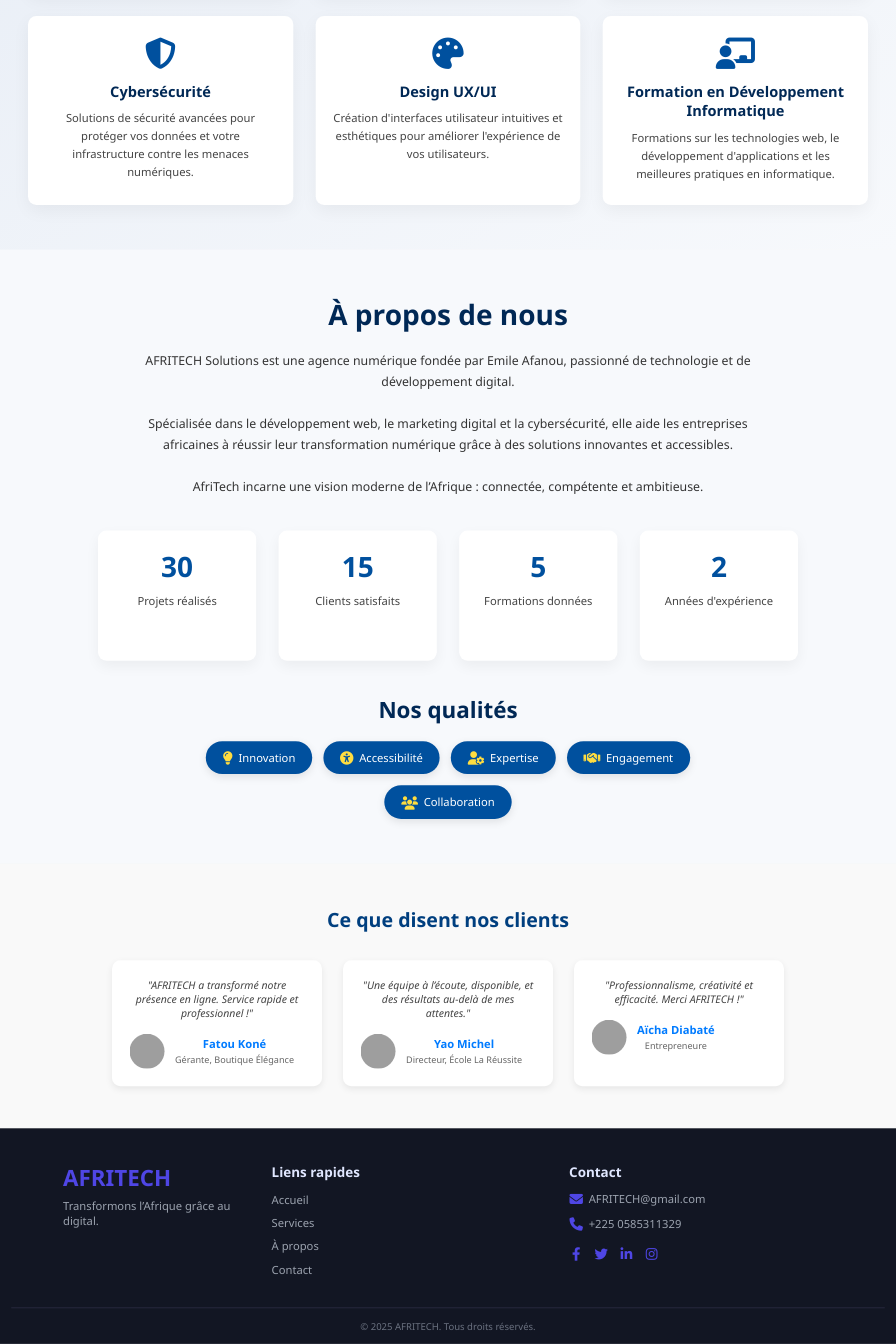
Repository: prestige225/AFRITECH
Page: index.html
These files come from the project's save history. The page is drawn as it stood at one moment and after the next save; the edit follows.
The browser window is 1280 px wide. The pictures show the part of the page from y = 917 to 2837 px (the page is 2837 px tall), at 70% of full size.
Pictures or frames that could not be fetched are drawn as grey boxes.

Above is the page before, as saved 2025-07-25 23:39:44.
Console error: TypeError: Cannot read properties of null (reading 'addEventListener')

### index.html

<!DOCTYPE html>
<html lang="en">
<head>
    <meta charset="UTF-8">
    <meta name="viewport" content="width=device-width, initial-scale=1.0">
    <!-- Font Awesome CDN -->
<link rel="stylesheet" href="https://cdnjs.cloudflare.com/ajax/libs/font-awesome/6.4.0/css/all.min.css">
    <link rel="stylesheet" href="style.css">

    <title>AFRITECH</title>
</head>
<body>
    <header>
        <div class="logo">
            <img src="image/logo.jpg" alt="AfanouTech Logo">
            <h1><span>AFRI</span>TECH</h1>
        </div>

         <!-- Bouton hamburger visible sur mobile -->
  <div class="menu-toggle" id="menu-toggle">
    <i class="fas fa-bars"></i>
  </div>


       <nav>
  <ul>
    <li><a href="index.html"><i class="fas fa-home"></i> Accueil</a></li>
    <li><a href="#services"><i class="fas fa-tools"></i> Services</a></li>
    <li><a href="#about"><i class="fas fa-info-circle"></i> À Propos</a></li>
    <li><a href="#contacts" id="openModalLink"><i class="fas fa-envelope"></i> Contact</a></li>

    <li><a href="#qualité"><i class="fas fa-project-diagram"></i> Nos Qualités</a></li>
  </ul>
</nav>

    </header>

<!-- hero -->
 <section class="hero">
    <div class="hero-content">
        <h1>Solutions numériques innovantes pour l'Afrique</h1>

        <p>Nous créons des expériences web exceptionnelles et des stratégies marketing digitales qui propulsent votre entreprise vers le succès.</p>
        <a href="contact.html" class="btn">Contactez-nous</a>
        <a href="#" class="btn">Nos Services</a>

    </div>
    <div class="hero-image">
        <img src="image/emile.jpg" alt="Image d'accueil">
    </div>

    <div class="couleurpassante en design">

    </div>

 </section>


 <!-- SECTION SERVICES -->
  <section id="services" class="services-section">
            <h2>Nos Services</h2>
    <div class="services">

        <div class="service-item">
            <i class="fas fa-laptop-code"></i>
            <h3>Développement Web</h3>
            <p>Sites vitrines, e-commerce, applications web sur mesure adaptés à vos besoins spécifiques et optimisés pour tous les appareils.</p>
        </div>
        <div class="service-item">
            <i class="fas fa-mobile-alt"></i>
            <h3>Applications Mobiles</h3>
            <p>Développement d'applications mobiles natives et hybrides pour iOS et Android, offrant une expérience utilisateur exceptionnelle.</p>
        </div>
        <div class="service-item">
            <i class="fas fa-chart-line"></i>
            <h3>Marketing Digital</h3>
            <p>Stratégies de marketing digital personnalisées, SEO, publicité en ligne et gestion des réseaux sociaux pour augmenter votre visibilité.</p>
        </div>
        <div class="service-item">
            <i class="fas fa-shield-alt"></i>
            <h3>Cybersécurité</h3>
            <p>Solutions de sécurité avancées pour protéger vos données et votre infrastructure contre les menaces numériques.</p>
        </div>
        <div class="service-item">
            <i class="fas fa-palette"></i>
            <h3>Design UX/UI</h3>
            <p>Création d'interfaces utilisateur intuitives et esthétiques pour améliorer l'expérience de vos utilisateurs.</p>
        </div>

        <div class="service-item">
            <i class="fas fa-chalkboard-teacher"></i>
            <h3>Formation en Développement Informatique</h3>
            <p>Formations sur les technologies web, le développement d'applications et les meilleures pratiques en informatique.</p>
            </div>
    </div>
  </section>
<!-- SECTION apropos -->
<section id="about" class="about-section">
  <h2>À propos de nous</h2>
  <p>
    AFRITECH Solutions est une agence numérique fondée par Emile Afanou, passionné de technologie et de développement digital.<br><br>
    Spécialisée dans le développement web, le marketing digital et la cybersécurité, elle aide les entreprises africaines à réussir leur transformation numérique grâce à des solutions innovantes et accessibles.<br><br>
    AfriTech incarne une vision moderne de l’Afrique : connectée, compétente et ambitieuse.
  </p>

  <!-- COMPTEURS -->
  <div class="counters" id="qualité">
    <div class="counter-box">
      <span class="counter" data-target="30">0</span>
      <p>Projets réalisés</p>
    </div>
    <div class="counter-box">
      <span class="counter" data-target="15">0</span>
      <p>Clients satisfaits</p>
    </div>
    <div class="counter-box">
      <span class="counter" data-target="5">0</span>
      <p>Formations données</p>
    </div>
    <div class="counter-box">
      <span class="counter" data-target="2">0</span>
      <p>Années d'expérience</p>
    </div>
  </div>

  <!-- NOS QUALITÉS -->
  <div class="nos-qualites">
    <h3>Nos qualités</h3>
    <ul>
      <li><i class="fas fa-lightbulb"></i> Innovation</li>
      <li><i class="fas fa-universal-access"></i> Accessibilité</li>
      <li><i class="fas fa-user-cog"></i> Expertise</li>
      <li><i class="fas fa-handshake"></i> Engagement</li>
      <li><i class="fas fa-users"></i> Collaboration</li>
    </ul>
  </div>


  <!-- Bouton pour ouvrir la modale -->
<!-- <button id="openModalBtn" class="open-modal-btn">Contactez-nous</button> -->

<!-- Modale -->
<div id="contactModal" class="modal">
  <div class="modal-content">
    <span id="closeModalBtn" class="close-btn">&times;</span>
    <h2>Contactez-nous</h2>
    <form action="https://formspree.io/f/mabcxyz" method="POST">
      <input type="text" name="name" placeholder="Votre nom" required autocomplete="off" />
      <input type="email" name="email" placeholder="Votre email" required autocomplete="off" />
      <textarea name="message" rows="5" placeholder="Votre message" required></textarea>
      <button type="submit" class="btn">Envoyer</button>
    </form>
  </div>
</div>
</section>


<section id="temoignages" class="temoignages-section">
  <h2>Ce que disent nos clients</h2>
  <div class="temoignages-container">

    <div class="temoignage">
      <p class="message">"AFRITECH a transformé notre présence en ligne. Service rapide et professionnel !"</p>
      <div class="auteur">
        <img src="https://cdn-icons-png.flaticon.com/512/147/147144.png" alt="Avatar femme">
        <div>
          <h4>Fatou Koné</h4>
          <span>Gérante, Boutique Élégance</span>
        </div>
      </div>
    </div>

    <div class="temoignage">
      <p class="message">"Une équipe à l’écoute, disponible, et des résultats au-delà de mes attentes."</p>
      <div class="auteur">
        <img src="https://cdn-icons-png.flaticon.com/512/147/147142.png" alt="Avatar homme">
        <div>
          <h4>Yao Michel</h4>
          <span>Directeur, École La Réussite</span>
        </div>
      </div>
    </div>

    <div class="temoignage">
      <p class="message">"Professionnalisme, créativité et efficacité. Merci AFRITECH !"</p>
      <div class="auteur">
        <img src="https://cdn-icons-png.flaticon.com/512/147/147140.png" alt="Avatar femme">
        <div>
          <h4>Aïcha Diabaté</h4>
          <span>Entrepreneure</span>
        </div>
      </div>
    </div>

  </div>
</section>




<footer class="footer">
  <div class="footer-container">
    <div class="footer-brand">
      <h2>AFRITECH</h2>
      <p>Transformons l’Afrique grâce au digital.</p>
    </div>
    <div class="footer-links">
      <h4>Liens rapides</h4>
      <ul>
        <li><a href="#">Accueil</a></li>
        <li><a href="#services">Services</a></li>
        <li><a href="#about">À propos</a></li>
        <li><a href="#contacts" id="contacts">Contact</a></li>
      </ul>
    </div>
    <div class="footer-contact">
      <h4>Contact</h4>
      <p><i class="fas fa-envelope"></i>AFRITECH@gmail.com</p>
      <p><i class="fas fa-phone"></i> +225 0585311329</p>
      <div class="social-icons">
        <a href="#" aria-label="Facebook"><i class="fab fa-facebook-f"></i></a>
        <a href="#" aria-label="Twitter"><i class="fab fa-twitter"></i></a>
        <a href="#" aria-label="LinkedIn"><i class="fab fa-linkedin-in"></i></a>
        <a href="#" aria-label="Instagram"><i class="fab fa-instagram"></i></a>
      </div>
    </div>
  </div>
  <div class="footer-bottom">
    <p>© 2025 AFRITECH. Tous droits réservés.</p>
  </div>
</footer>


    <script src="index.js"></script>

    <!--  -->
</body>



</html>

### style.css

/* ========== RESET ========== */
* {
  margin: 0;
  padding: 0;
  box-sizing: border-box;
}

/* ========== GLOBAL ========== */
body {
  font-family: 'Segoe UI', sans-serif;
  background-color: #f4f4f4;
  color: #333;
}

/* ========== HEADER ========== */
header {
  background-color: #002855;
  color: white;
  padding: 1rem 2rem;
  display: flex;
  justify-content: space-between;
  align-items: center;
  flex-wrap: wrap;
  position: relative;
}

/* Logo */
.logo {
  display: flex;
  align-items: center;
  gap: 10px;
}

.logo img {
  width: 40px;
  height: 40px;
}

.logo h1 {
  font-size: 1.5rem;
  font-weight: bold;
}

.logo span {
  color: #ff8000;
}

/* Navigation */
nav ul {
  list-style: none;
  display: flex;
  gap: 1.5rem;
}

nav a {
  color: white;
  text-decoration: none;
  font-weight: 500;
  transition: 0.3s;
}

nav a:hover {
  color: #ff8000;
}

/* Hamburger button */
.menu-toggle {
  display: none;
  font-size: 1.8rem;
  color: white;
  cursor: pointer;
}

/* ========== RESPONSIVE ========== */
@media (max-width: 768px) {
  nav {
    width: 100%;
  }

  nav ul {
    flex-direction: column;
    background-color: #002855;
    position: absolute;
    top: 100%;
    left: 0;
    right: 0;
    display: none;
    padding: 1rem;
    z-index: 10;
  }

  nav ul.active {
    display: flex;
  }

  .menu-toggle {
    display: block;
  }
}
/* 🎯 SECTION HERO MODERNE */
.hero {
  display: flex;
  flex-wrap: wrap;
  align-items: center;
  justify-content: space-between;
  padding: 3rem 2rem;
  background: linear-gradient(to right, #002855, #00509e);
  color: white;
  position: relative;
  overflow: hidden;
}

/* Contenu texte */
.hero-content {
  flex: 1 1 50%;
  max-width: 600px;
  z-index: 1;
}

.hero-content h1 {
  font-size: 2.5rem;
  margin-bottom: 1rem;
}

.hero-content p {
  font-size: 1.1rem;
  margin-bottom: 2rem;
  line-height: 1.6;
}

/* Boutons */
.hero-content .btn {
  display: inline-block;
  background-color: #ff8000;
  color: white;
  padding: 0.8rem 1.5rem;
  margin-right: 1rem;
  border-radius: 5px;
  text-decoration: none;
  font-weight: bold;
  transition: background 0.3s ease;
}

.hero-content .btn:hover {
  background-color: #e67300;
}

/* Image d’accueil */
.hero-image {
  flex: 1 1 40%;
  text-align: center;
  z-index: 1;
}

.hero-image img {
  width: 100%;
  max-width: 400px;
  height: auto;
  border-radius: 15px;
}

/* Effet décoratif de fond (couleurpassante) */
.couleurpassante {
  position: absolute;
  top: -50px;
  right: -50px;
  width: 300px;
  height: 300px;
  background: radial-gradient(circle, #ffffff22, transparent 70%);
  border-radius: 50%;
  animation: flotter 10s infinite alternate;
  z-index: 0;
}

/* Animation douce */
@keyframes flotter {
  0% {
    transform: translateY(0) rotate(0deg);
  }
  100% {
    transform: translateY(20px) rotate(20deg);
  }
}

/* 📱 Responsive */
@media (max-width: 768px) {
  .hero {
    flex-direction: column;
    text-align: center;
  }

  .hero-content, .hero-image {
    flex: 1 1 100%;
    max-width: 100%;
  }

  .hero-content h1 {
    font-size: 2rem;
  }

  .hero-content p {
    font-size: 1rem;
  }

  .hero-content .btn {
    margin-bottom: 1rem;
  }
}


/* ========== SECTION SERVICES ========== */
.services-section {
  padding: 4rem 2rem;
  background: linear-gradient(to bottom right, #e6ecf5, #f7f9fc);
  text-align: center;
}

.services-section h2 {
  font-size: 2.5rem;
  margin-bottom: 3rem;
  color: #002855;
  font-weight: 700;
}

/* Container de toutes les cartes */
.services {
  display: grid;
  grid-template-columns: repeat(auto-fit, minmax(280px, 1fr));
  gap: 2rem;
  max-width: 1200px;
  margin: 0 auto;
}

/* Style individuel des services */
.service-item {
  background-color: #ffffff;
  border-radius: 12px;
  padding: 2rem 1.5rem;
  box-shadow: 0 8px 25px rgba(0, 0, 0, 0.05);
  transition: transform 0.3s ease, box-shadow 0.3s ease;
}

.service-item:hover {
  transform: translateY(-8px);
  box-shadow: 0 12px 30px rgba(0, 0, 0, 0.1);
}

/* Icône */
.service-item i {
  font-size: 2.8rem;
  color: #00509e;
  margin-bottom: 1rem;
}

/* Titre */
.service-item h3 {
  font-size: 1.3rem;
  margin-bottom: 0.8rem;
  color: #002855;
  font-weight: 600;
}

/* Paragraphe */
.service-item p {
  font-size: 1rem;
  line-height: 1.6;
  color: #444;
}


/* ===== SECTION À PROPOS ===== */
.about-section {
  padding: 4rem 2rem;
  text-align: center;
  background: #f7f9fc;
}

.about-section h2 {
  font-size: 2.5rem;
  color: #002855;
  margin-bottom: 1.5rem;
}

.about-section p {
  max-width: 900px;
  margin: 0 auto 3rem;
  font-size: 1.1rem;
  line-height: 1.8;
  color: #333;
}

/* ===== SECTION À PROPOS ===== */
.about-section {
  padding: 4rem 2rem;
  text-align: center;
  background: #f7f9fc;
  font-family: 'Segoe UI', Tahoma, Geneva, Verdana, sans-serif;
}

.about-section h2 {
  font-size: 2.5rem;
  color: #002855;
  margin-bottom: 1.5rem;
  font-weight: 700;
}

.about-section p {
  max-width: 900px;
  margin: 0 auto 3rem;
  font-size: 1.1rem;
  line-height: 1.7;
  color: #333;
}

.about-section {
  padding: 4rem 2rem;
  text-align: center;
  background: #f7f9fc;
  font-family: 'Segoe UI', Tahoma, Geneva, Verdana, sans-serif;
}

.about-section h2 {
  font-size: 2.5rem;
  color: #002855;
  margin-bottom: 1.5rem;
  font-weight: 700;
}

.about-section p {
  max-width: 900px;
  margin: 0 auto 3rem;
  font-size: 1.1rem;
  line-height: 1.7;
  color: #333;
}

/* Compteurs */
.counters {
  display: grid;
  grid-template-columns: repeat(auto-fit, minmax(160px, 1fr));
  gap: 2rem;
  max-width: 1000px;
  margin: 0 auto 3rem;
}

.counter-box {
  background: #fff;
  border-radius: 12px;
  padding: 1.5rem;
  box-shadow: 0 8px 20px rgba(0, 0, 0, 0.05);
  transition: transform 0.3s ease;
}

.counter-box:hover {
  transform: translateY(-5px);
}

.counter {
  font-size: 2.5rem;
  font-weight: 700;
  color: #00509e;
  display: block;
}

.counter-box p {
  margin-top: 0.5rem;
  font-size: 1rem;
  color: #444;
}

/* Nos qualités */
.nos-qualites {
  margin-top: 3rem;
  max-width: 800px;
  margin-left: auto;
  margin-right: auto;
  text-align: center;
}

.nos-qualites h3 {
  font-size: 2rem;
  color: #002855;
  margin-bottom: 1.5rem;
  font-weight: 700;
}

.nos-qualites ul {
  list-style: none;
  padding: 0;
  display: flex;
  flex-wrap: wrap;
  justify-content: center;
  gap: 1rem;
}

.nos-qualites li {
  background-color: #00509e;
  color: #fff;
  padding: 0.8rem 1.5rem;
  border-radius: 25px;
  font-size: 1rem;
  font-weight: 500;
  box-shadow: 0 4px 12px rgba(0, 0, 0, 0.1);
  display: flex;
  align-items: center;
  gap: 0.5rem;
  transition: background 0.3s ease;
}

.nos-qualites li:hover {
  background-color: #003f7f;
}

.nos-qualites li i {
  color: #ffdd40;
  font-size: 1.2rem;
}

/* Responsive */
@media (max-width: 768px) {
  .about-section h2 {
    font-size: 2rem;
  }

  .about-section p {
    font-size: 1rem;
    padding: 0 1rem;
  }

  .counter {
    font-size: 2rem;
  }

  .counter-box p {
    font-size: 0.95rem;
  }

  .nos-qualites li {
    font-size: 0.95rem;
    padding: 0.7rem 1.2rem;
  }
}

@media (max-width: 480px) {
  .counters {
    grid-template-columns: 1fr;
  }

  .nos-qualites ul {
    flex-direction: column;
    gap: 1rem;
  }

  .nos-qualites li {
    justify-content: center;
  }
}


/* Bouton pour ouvrir la modale */
.open-modal-btn {
  padding: 10px 20px;
  background-color: #00509e;
  color: white;
  border: none;
  border-radius: 25px;
  cursor: pointer;
  font-size: 1rem;
  margin: 2rem auto;
  display: block;
}

.open-modal-btn:hover {
  background-color: #003f7f;
}

/* Bouton ouvrir modale */
.open-modal-btn {
  padding: 10px 20px;
  background-color: #00509e;
  color: white;
  border: none;
  border-radius: 25px;
  cursor: pointer;
  font-size: 1rem;
  display: inline-block;
  margin: 1rem auto;
}

.open-modal-btn:hover {
  background-color: #003f7f;
}

/* Modale masquée par défaut */
.modal {
  display: none;
  position: fixed;
  z-index: 10000;
  top: 0; left: 0;
  width: 100vw;
  height: 100vh;
  background-color: rgba(0,0,0,0.7);
  justify-content: center;
  align-items: center;
  padding: 1rem;
}

/* Afficher modale */
.modal.show {
  display: flex;
}

/* Contenu modale */
.modal-content {
  background-color: #fff;
  border-radius: 10px;
  max-width: 500px;
  width: 100%;
  padding: 2rem;
  position: relative;
  box-shadow: 0 0 15px rgba(0,0,0,0.3);
  animation: fadeInScale 0.3s ease forwards;
}

@keyframes fadeInScale {
  from {opacity: 0; transform: scale(0.9);}
  to {opacity: 1; transform: scale(1);}
}

.modal-content h2 {
  color: #003f7f;
  margin-bottom: 1rem;
  text-align: center;
}

.modal-content form {
  display: flex;
  flex-direction: column;
  gap: 1rem;
}

input, textarea {
  padding: 1rem;
  font-size: 1rem;
  border-radius: 8px;
  border: 1px solid #ccc;
  outline: none;
  font-family: inherit;
  transition: border-color 0.3s ease;
}

input:focus, textarea:focus {
  border-color: #00509e;
}

button.btn {
  background-color: #00509e;
  color: white;
  padding: 0.9rem;
  font-weight: 600;
  border: none;
  border-radius: 25px;
  cursor: pointer;
  font-size: 1rem;
  transition: background-color 0.3s ease;
}

button.btn:hover {
  background-color: #003f7f;
}

/* Bouton fermer modale */
.close-btn {
  position: absolute;
  top: 15px;
  right: 15px;
  font-size: 1.8rem;
  color: #777;
  cursor: pointer;
  transition: color 0.3s ease;
}

.close-btn:hover {
  color: #000;
}

/* Responsive */
@media (max-width: 600px) {
  .modal-content {
    padding: 1.5rem;
  }
}

.footer {
  background: #121623;
  color: #d1d5db;
  padding: 3rem 1rem 1rem;
  font-family: 'Segoe UI', Tahoma, Geneva, Verdana, sans-serif;
}

.footer-container {
  max-width: 1100px;
  margin: 0 auto;
  display: flex;
  flex-wrap: wrap;
  gap: 3rem;
  justify-content: space-between;
}

.footer-brand h2 {
  font-size: 2rem;
  color: #4f46e5; /* violet doux */
  margin-bottom: 0.5rem;
  font-weight: 700;
}

.footer-brand p {
  font-size: 1rem;
  color: #9ca3af;
  max-width: 250px;
}

.footer-links,
.footer-contact {
  flex: 1 1 220px;
}

.footer-links h4,
.footer-contact h4 {
  font-size: 1.2rem;
  color: #e0e7ff;
  margin-bottom: 1rem;
  font-weight: 600;
}

.footer-links ul {
  list-style: none;
  padding: 0;
}

.footer-links ul li {
  margin-bottom: 0.7rem;
}

.footer-links ul li a {
  color: #9ca3af;
  text-decoration: none;
  transition: color 0.3s ease;
  font-weight: 500;
}

.footer-links ul li a:hover {
  color: #4f46e5;
}

.footer-contact p {
  display: flex;
  align-items: center;
  gap: 0.6rem;
  margin-bottom: 1rem;
  font-weight: 500;
  color: #9ca3af;
}

.footer-contact i {
  color: #4f46e5;
  font-size: 1.2rem;
}

.social-icons {
  display: flex;
  gap: 1rem;
  margin-top: 0.5rem;
}

.social-icons a {
  color: #9ca3af;
  font-size: 1.4rem;
  transition: color 0.3s ease;
}

.social-icons a:hover {
  color: #4f46e5;
}

/* Footer bas */
.footer-bottom {
  margin-top: 2rem;
  text-align: center;
  border-top: 1px solid #2e2e48;
  padding-top: 1rem;
  font-size: 0.85rem;
  color: #6b7280;
}

/* Responsive */
@media (max-width: 768px) {
  .footer-container {
    flex-direction: column;
    gap: 2rem;
    text-align: center;
  }

  .footer-brand p {
    margin: 0 auto;
  }

  .footer-links,
  .footer-contact {
    flex: unset;
  }

  .social-icons {
    justify-content: center;
  }
}
.footer-contact p {
  display: flex;
  align-items: center;      /* aligne verticalement */
  gap: 8px;                 /* espace entre icône et texte */
  margin-bottom: 1rem;
  font-weight: 500;
  color: #9ca3af;
  /* Assure que la ligne prend la hauteur du texte */
  line-height: 1.2;
  text-align: center;
  align-items: center;
}

.footer-contact i {
  color: #4f46e5;
  font-size: 1.2rem;
  /* Fixe la taille de l'icône et centre parfaitement */
  display: inline-flex;
  align-items: center;
  justify-content: center;
  width: 20px;       /* largeur fixe pour alignement uniforme */
  height: 20px;      /* hauteur fixe pour alignement uniforme */
  line-height: 1;
  align-items: center;
}
html {
  scroll-behavior: smooth;
}


.temoignages-section {
  padding: 60px 20px;
  background-color: #f9f9f9;
  text-align: center;
}

.temoignages-section h2 {
  font-size: 28px;
  margin-bottom: 40px;
  color: #003f7f;
}

.temoignages-container {
  display: flex;
  flex-wrap: wrap;
  justify-content: center;
  gap: 30px;
}

.temoignage {
  background: white;
  padding: 25px;
  max-width: 300px;
  border-radius: 12px;
  box-shadow: 0 4px 10px rgba(0,0,0,0.08);
  transition: transform 0.3s ease;
}

.temoignage:hover {
  transform: translateY(-5px);
}

.message {
  font-style: italic;
  font-size: 15px;
  color: #444;
  margin-bottom: 20px;
}

.auteur {
  display: flex;
  align-items: center;
  gap: 15px;
}

.auteur img {
  width: 50px;
  height: 50px;
  border-radius: 50%;
  object-fit: cover;
}

.auteur h4 {
  margin: 0;
  font-size: 16px;
  color: #007bff;
}

.auteur span {
  font-size: 13px;
  color: #666;
}

@media (max-width: 768px) {
  .temoignages-container {
    flex-direction: column;
    align-items: center;
  }
}

### index.js

// script.js

// Récupération des éléments
const toggleBtn = document.getElementById("menu-toggle");
const navMenu = document.querySelector("nav ul");

// Écoute du clic sur le bouton menu
toggleBtn.addEventListener("click", () => {
  navMenu.classList.toggle("active");
});


const counters = document.querySelectorAll('.counter');

  counters.forEach(counter => {
    const updateCount = () => {
      const target = +counter.getAttribute('data-target');
      const count = +counter.innerText;
      const speed = 100; // Plus petit = plus rapide

      const increment = Math.ceil(target / speed);

      if (count < target) {
        counter.innerText = count + increment;
        setTimeout(updateCount, 30);
      } else {
        counter.innerText = target;
      }
    };

    updateCount();
  });


  const openModalBtn = document.getElementById('openModalBtn');
const modal = document.getElementById('contactModal');
const closeModalBtn = document.getElementById('closeModalBtn');

openModalBtn.addEventListener('click', () => {
  modal.classList.add('show');
});

closeModalBtn.addEventListener('click', () => {
  modal.classList.remove('show');
});

window.addEventListener('click', (e) => {
  if (e.target === modal) {
    modal.classList.remove('show');
  }
});

// Fermer avec la touche ESC
window.addEventListener('keydown', (e) => {
  if (e.key === 'Escape' && modal.classList.contains('show')) {
    modal.classList.remove('show');
  }
});

After the next save:
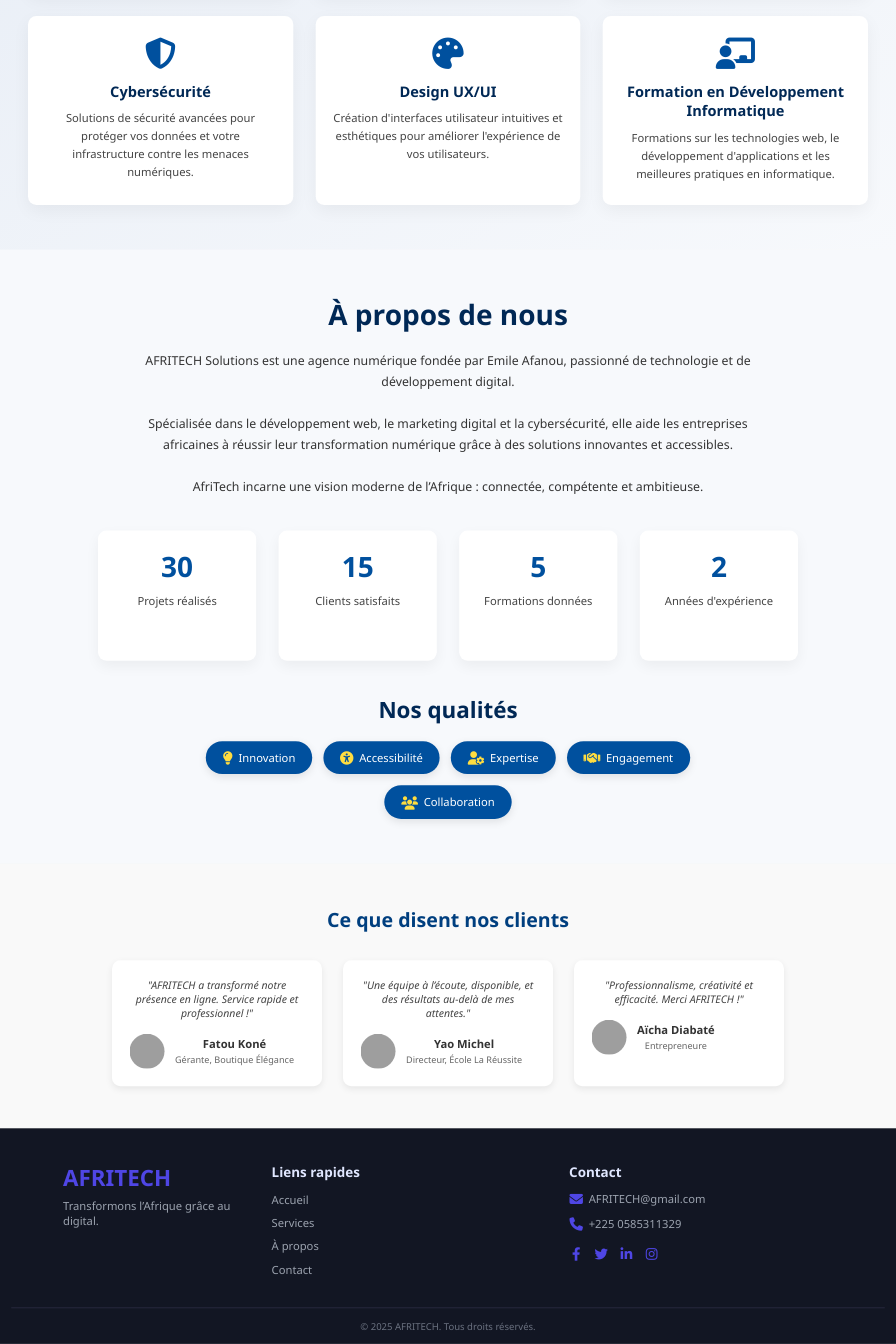
Saved 70 s later.
--- a/style.css
+++ b/style.css
@@ -800,7 +800,7 @@ html {
 .auteur h4 {
   margin: 0;
   font-size: 16px;
-  color: #007bff;
+  color: ##002855;
 }
 
 .auteur span {
